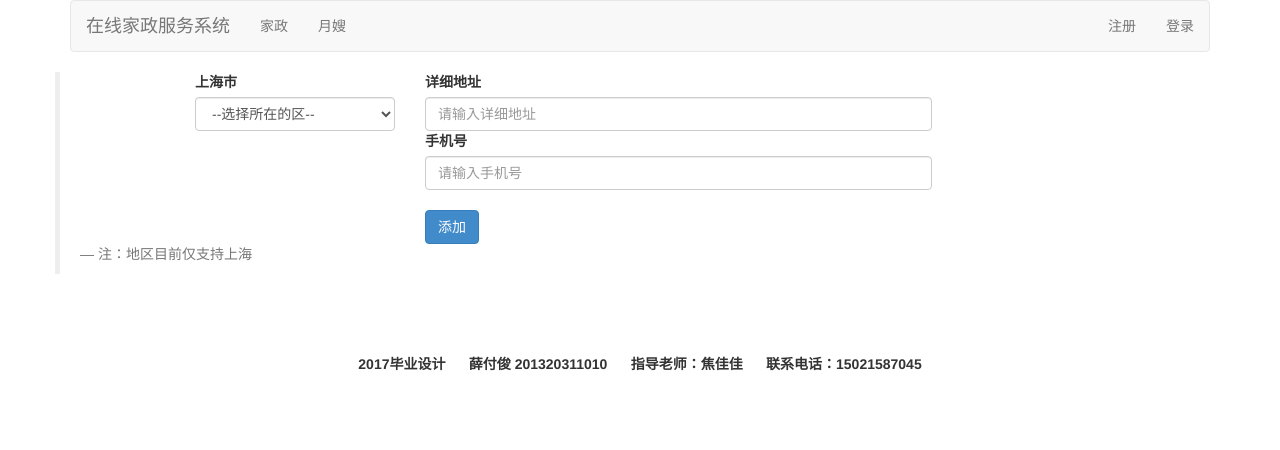
Repository: ELeonCXFJ/MyEclipseWS
Page: http://localhost/MyWeb/jsps/user/addressmanager.jsp
The author's editor kept a copy of each file at every save. The page is drawn from the files as they stood at one save, then again after a run of saves.
The browser window is 1280 px wide. The pictures show the whole page.
The page is served by Tomcat 9. Nobody is signed in. The application's start-up code is not run.

Above is the page before, as saved 2017-03-23 03:09:45.
Console error: TypeError: $(...).bootstrapValidator is not a function

After the next 2 saves:
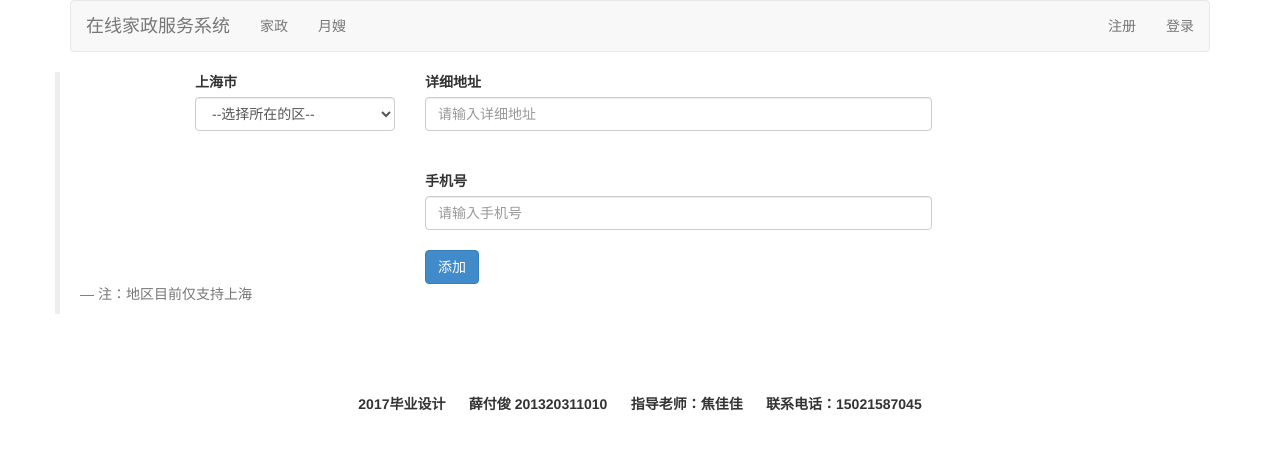
The 2 saves are shown as one change because they came seconds apart.
The last was saved 94 s later.
--- a/MyWeb/WebRoot/jsps/user/addressmanager.jsp
+++ b/MyWeb/WebRoot/jsps/user/addressmanager.jsp
@@ -37,7 +37,7 @@
 	            </div>
 	            <div class="col-md-7">
 	            	<label for="street">详细地址</label>
-	               	<input type="text" name="street" class="form-control" id="street" placeholder="请输入详细地址"/>
+	               	<input type="text" name="street" class="form-control" id="street" placeholder="请输入详细地址"/></br></br>
 	                <label for="tel">手机号</label>
 	           		<input type="text" name="tel" class="form-control" id="tel" placeholder="请输入手机号"/>
 	            	</br>
